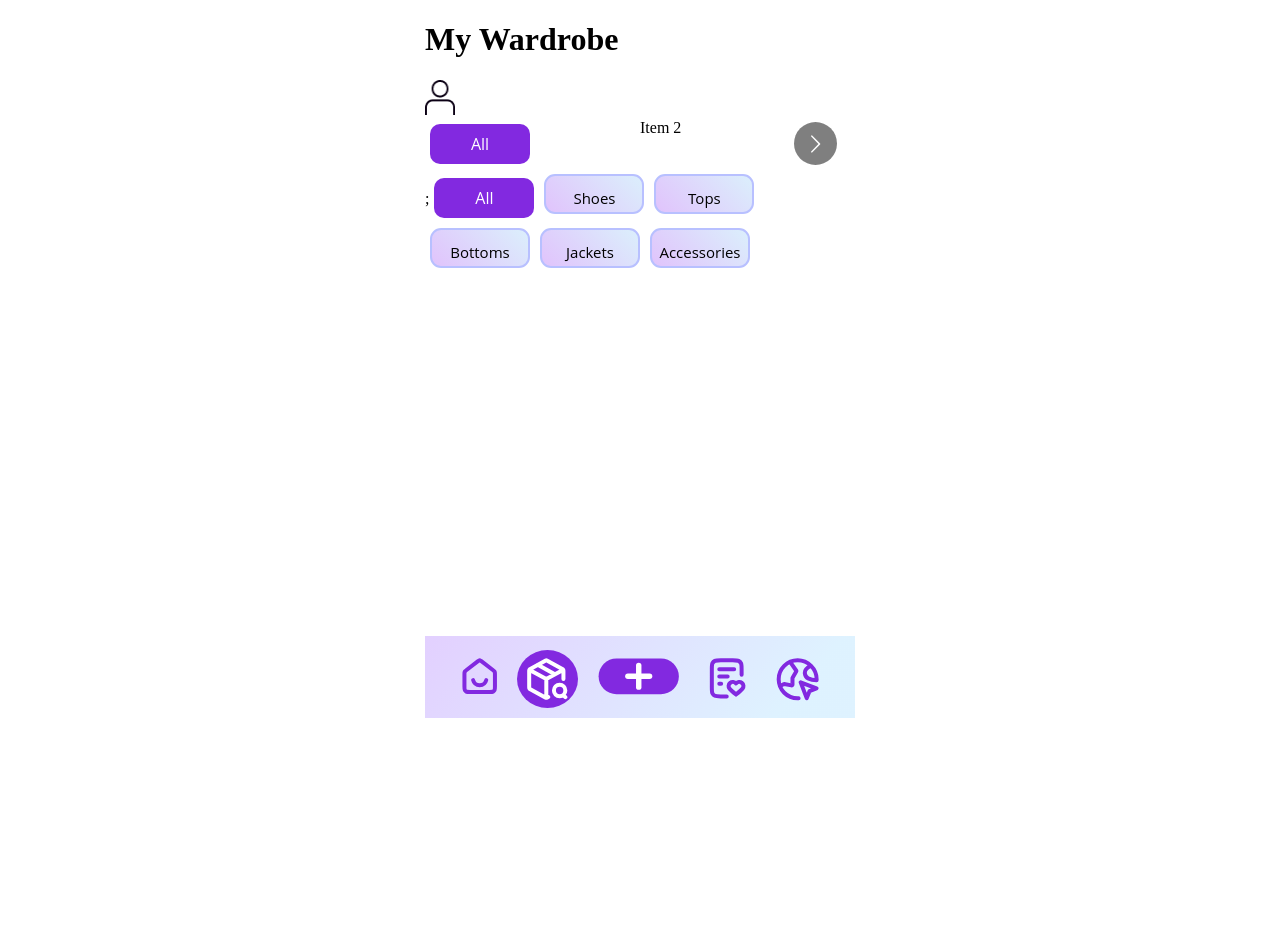
Repository: navnneett/clotho
Page: /Inventory/Category
The author's editor kept a copy of each file at every save. The page is drawn from the files as they stood at one save, then again after the next save.
The browser window is 1280 px wide. The pictures show the whole page.
The project was rebuilt for these pictures with package versions that can differ from the ones it lists, and the page was loaded fresh each time. The framework's server and built-in components were replaced by stand-ins that run in the browser. Also part of the build but not shown: next.config.js, next.config.mjs, components/CategoryCard/CategoryCard.module.css, components/CategoryCard/index.js.

Above is the page before, as saved 2024-04-15 16:31:49.

After the next save:
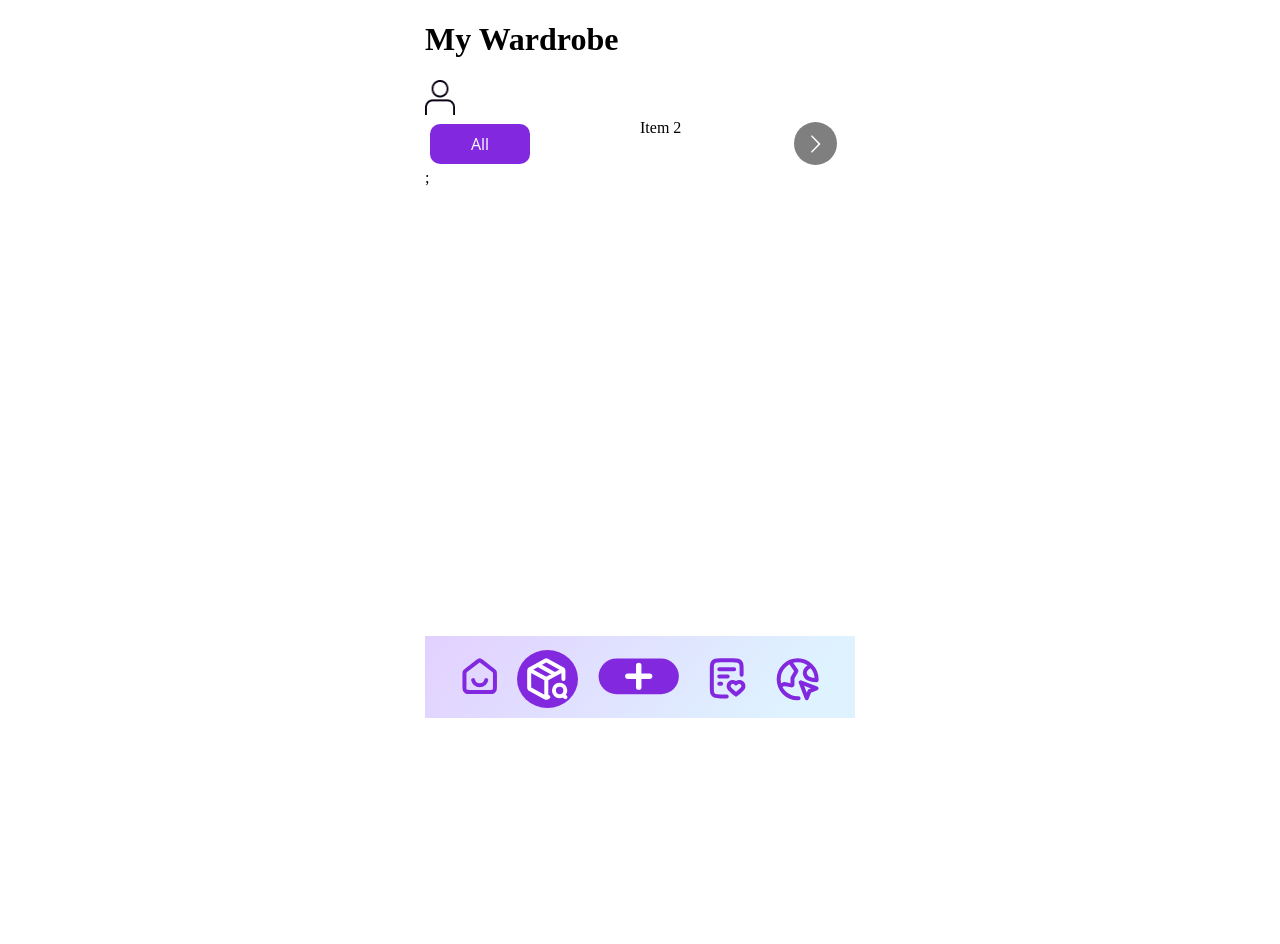
Saved 13 s later.
--- a/pages/Inventory/Category.js
+++ b/pages/Inventory/Category.js
@@ -72,7 +72,7 @@ export default function Category() {
                     <div>Item 3</div>
                     <div>Item 4</div>
                 </Carousel>;
-                    {color ? (
+                    {/* {color ? (
                     <ButtonTwo title="All" height={40} width={100} margin="5px" onClick={() => findItems("ALL")}>
                         All
                     </ButtonTwo>) :
@@ -85,7 +85,7 @@ export default function Category() {
                     <ButtonTwo title="Tops" height={40} width={100} margin="5px" onClick={() => findItems("T")}>Tops</ButtonTwo>
                     <ButtonTwo title="Bottoms" height={40} width={100} margin="5px" onClick={() => findItems("B")}>Bottoms</ButtonTwo>
                     <ButtonTwo title="Jackets" height={40} width={100} margin="5px" onClick={() => findItems("J")}>Jackets</ButtonTwo>
-                    <ButtonTwo title="Accessories" height={40} width={100} margin="5px" onClick={() => findItems("A")}>Accessories</ButtonTwo>
+                    <ButtonTwo title="Accessories" height={40} width={100} margin="5px" onClick={() => findItems("A")}>Accessories</ButtonTwo> */}
                 </div>
 
                 <div className={styles.cards}>
